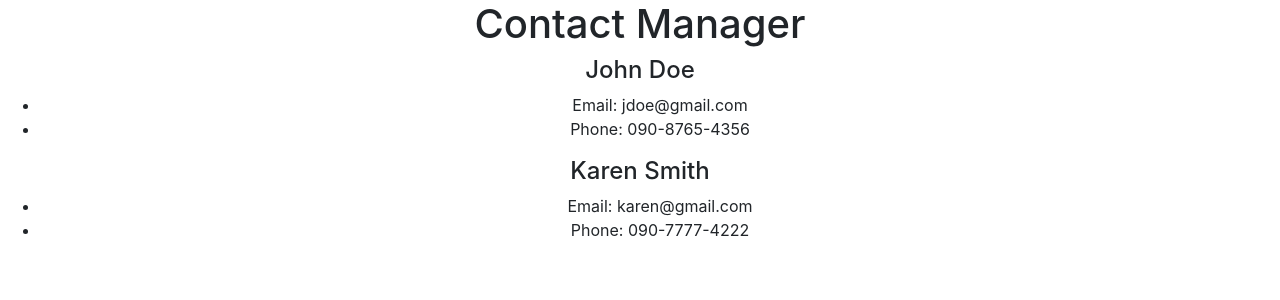
Repository: IkennaU/contactmanager
Page: /
The author's editor kept a copy of each file at every save. The page is drawn from the files as they stood at one save, then again after the next save.
The browser window is 1280 px wide. The pictures show the whole page.
The project was rebuilt for these pictures with package versions that can differ from the ones it lists, and the page was loaded fresh each time.

Above is the page before, as saved 2020-07-20 14:32:30.

After the next save:
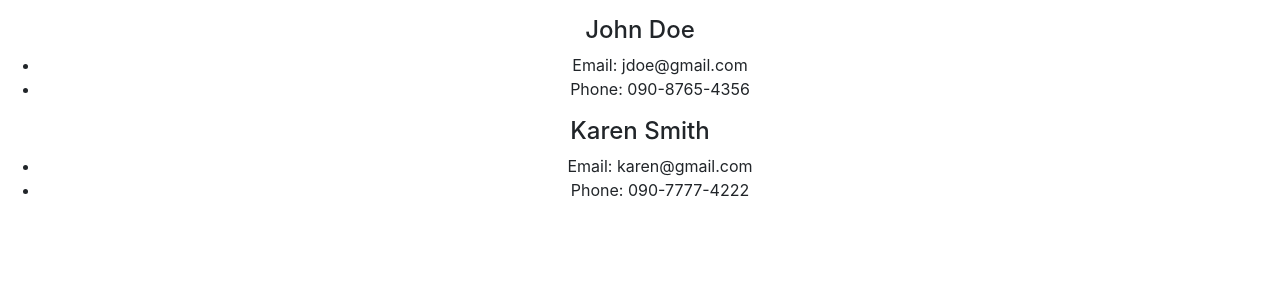
Saved 2 min 43 s later.
--- a/src/components/Header.js
+++ b/src/components/Header.js
@@ -3,9 +3,7 @@ import PropTypes from "prop-types";
 
 function Header(props) {
   return (
-    <div>
-      <h1>{props.branding}</h1>
-    </div>
+    <nav className="navbar navbar-expand-sm navbar-dark bg-danger mb-3 py-0"></nav>
   );
 }
 Header.propTypes = { branding: PropTypes.string.isRequired };
